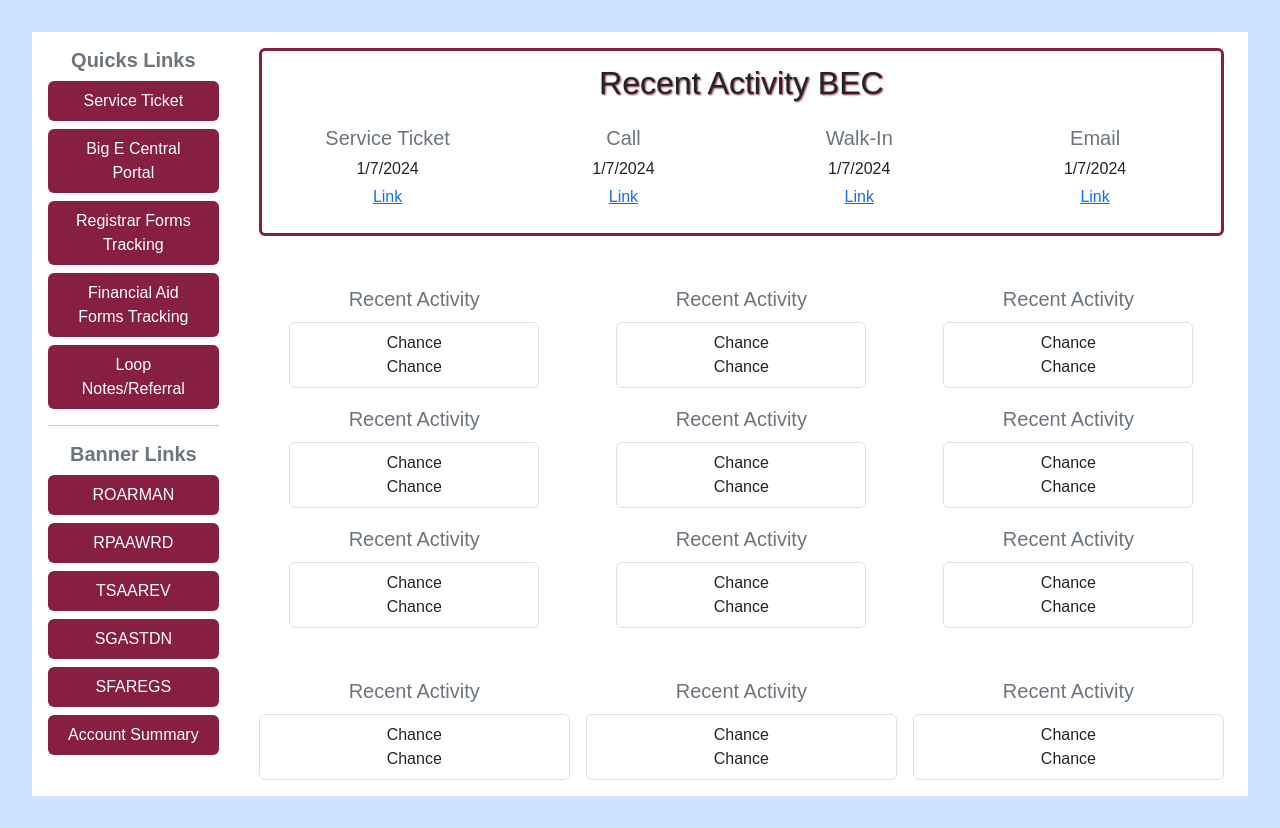
Repository: chancellor-w-whitaker/bec-tab
Page: /
The author's editor kept a copy of each file at every save. The page is drawn from the files as they stood at one save, then again after the next save.
The browser window is 1280 px wide. The pictures show the whole page.
Some web fonts or font styles are not loaded; a fallback is used. The project was rebuilt for these pictures with package versions that can differ from the ones it lists, and the page was loaded fresh each time. Also part of the build but not shown: vite.config.js.

Above is the page before, as saved 2024-01-07 19:02:55.

### src/main.jsx
// Bootstrap Bundle JS
import "bootstrap/dist/js/bootstrap.bundle.min";
// Bootstrap CSS
import "bootstrap/dist/css/bootstrap.min.css";
import ReactDOM from "react-dom/client";
import React from "react";

import App from "./App.jsx";
import "./index.css";

ReactDOM.createRoot(document.getElementById("root")).render(
  <React.StrictMode>
    <App />
  </React.StrictMode>
);

### src/App.jsx
import { useEffect } from "react";

import "./App.css";

const genericSentences = [
  `It is a long established fact that a reader will be distracted by the readable content of a page when looking at its layout.`,
  `The point of using Lorem Ipsum is that it has a more-or-less normal distribution of letters, as opposed to using 'Content here, content here', making it look like readable English.`,
  `Many desktop publishing packages and web page editors now use Lorem Ipsum as their default model text, and a search for 'lorem ipsum' will uncover many web sites still in their infancy.`,
  `Various versions have evolved over the years, sometimes by accident, sometimes on purpose (injected humour and the like).`,
];

const ekuMaroon = "#861f41";

const SomeBlock = ({
  paragraph = genericSentences.slice(0, 1).map((sen) => sen),
  href = "https://www.eku.edu/",
  title = "Chancellor",
  linkText = "Link",
  date,
}) => {
  return (
    <div className="p-2 d-flex flex-column gap-1 col">
      <div className="fs-5 text-secondary fw-medium">{title}</div>
      <div>{date}</div>
      <a rel="noreferrer" target="_blank" href={href}>
        {linkText}
      </a>
    </div>
  );
};

const useBodyBgVariant = (bgVariant = "body-tertiary") => {
  useEffect(() => {
    document.body.classList.add(`bg-${bgVariant}`);

    return () => {
      document.body.classList.remove(`bg-${bgVariant}`);
    };
  }, [bgVariant]);
};

const Card = ({
  children = (
    <>
      <div>Chance</div>
      <div>Chance</div>
    </>
  ),
  title = "Recent Activity",
  width = 250,
}) => {
  return (
    <>
      <div className="d-flex flex-column gap-2 text-center" style={{ width }}>
        <div className="fs-5 text-secondary fw-medium">{title}</div>
        <div className="p-2 border rounded bg-white">{children}</div>
      </div>
    </>
  );
};

const NavItem = ({ href = "https://www.eku.edu/", ...rest }) => {
  return (
    <li className="nav-item">
      <a
        style={{ backgroundColor: ekuMaroon }}
        className="nav-link active"
        aria-current="page"
        rel="noreferrer"
        target="_blank"
        href={href}
        {...rest}
      ></a>
    </li>
  );
};

const Sidebar = () => {
  return (
    <>
      <div className="sidebar col-md-3 col-lg-2 p-3 bg-white">
        <div className="d-flex flex-column text-center">
          <div className="fs-5 mb-2 lh-sm fw-semibold text-secondary">
            Quicks Links
          </div>
          <ul className="nav nav-pills flex-column gap-2">
            <NavItem>Service Ticket</NavItem>
            <NavItem>Big E Central Portal</NavItem>
            <NavItem>Registrar Forms Tracking</NavItem>
            <NavItem>Financial Aid Forms Tracking</NavItem>
            <NavItem>Loop Notes/Referral</NavItem>
          </ul>
        </div>
        <hr></hr>
        <div className="d-flex flex-column text-center">
          <div className="fs-5 mb-2 lh-sm fw-semibold text-secondary">
            Banner Links
          </div>
          <ul className="nav nav-pills flex-column gap-2">
            <NavItem>ROARMAN</NavItem>
            <NavItem>RPAAWRD</NavItem>
            <NavItem>TSAAREV</NavItem>
            <NavItem>SGASTDN</NavItem>
            <NavItem>SFAREGS</NavItem>
            <NavItem>Account Summary</NavItem>
          </ul>
        </div>
      </div>
    </>
  );
};

const Main = () => {
  return (
    <>
      <div className="col-md-9 ms-sm-auto col-lg-10 px-md-4 py-3 bg-white">
        <div className="d-flex flex-column gap-5">
          {/* <div className="text-bg-light p-2"></div> */}
          {/* <Card width={"auto"}></Card> */}
          <div
            className="rounded text-center p-3 d-flex flex-column gap-3"
            style={{ border: `3px solid ${ekuMaroon}` }}
          >
            <div
              style={{ textShadow: `1px 1px 2px ${ekuMaroon}` }}
              className="fs-2 lh-1 text-dark-subtle"
            >
              Recent Activity BEC
            </div>
            <div className="d-flex gap-3 flex-wrap text-nowrap">
              <SomeBlock title={"Service Ticket"} date={"1/7/2024"}></SomeBlock>
              <SomeBlock date={"1/7/2024"} title={"Call"}></SomeBlock>
              <SomeBlock date={"1/7/2024"} title={"Walk-In"}></SomeBlock>
              <SomeBlock date={"1/7/2024"} title={"Email"}></SomeBlock>
            </div>
          </div>
          <div className="d-flex flex-row flex-wrap justify-content-around gap-3">
            <Card></Card>
            <Card></Card>
            <Card></Card>
            <Card></Card>
            <Card></Card>
            <Card></Card>
            <Card></Card>
            <Card></Card>
            <Card></Card>
          </div>
          <div className="d-flex flex-row gap-3">
            <Card width="100%"></Card>
            <Card width="100%"></Card>
            <Card width="100%"></Card>
          </div>
        </div>
      </div>
    </>
  );
};

const App = () => {
  useBodyBgVariant("primary-subtle");

  return (
    <div className="container-fluid">
      <div className="row">
        <Sidebar></Sidebar>
        <Main></Main>
      </div>
    </div>
  );
};

export default App;

### src/index.css
@font-face {
  font-family: poppins;
  font-style: normal;
  font-weight: 400;
  src: local("Poppins"),
    url(https://fonts.cdnfonts.com/s/16009/Poppins-Regular.woff) format("woff");
}
@font-face {
  font-family: poppins;
  font-style: normal;
  font-weight: 400;
  src: local("Poppins"),
    url(https://fonts.cdnfonts.com/s/16009/Poppins-Regular.woff) format("woff");
}
@font-face {
  font-family: poppins;
  font-style: italic;
  font-weight: 400;
  src: local("Poppins"),
    url(https://fonts.cdnfonts.com/s/16009/Poppins-Italic.woff) format("woff");
}
@font-face {
  font-family: poppins;
  font-style: italic;
  font-weight: 400;
  src: local("Poppins"),
    url(https://fonts.cdnfonts.com/s/16009/Poppins-Italic.woff) format("woff");
}
@font-face {
  font-family: poppins;
  font-style: normal;
  font-weight: 250;
  src: local("Poppins"),
    url(https://fonts.cdnfonts.com/s/16009/Poppins-Thin.woff) format("woff");
}
@font-face {
  font-family: poppins;
  font-style: normal;
  font-weight: 250;
  src: local("Poppins"),
    url(https://fonts.cdnfonts.com/s/16009/Poppins-Thin.woff) format("woff");
}
@font-face {
  font-family: poppins;
  font-style: italic;
  font-weight: 250;
  src: local("Poppins"),
    url(https://fonts.cdnfonts.com/s/16009/Poppins-ThinItalic.woff)
      format("woff");
}
@font-face {
  font-family: poppins;
  font-style: italic;
  font-weight: 250;
  src: local("Poppins"),
    url(https://fonts.cdnfonts.com/s/16009/Poppins-ThinItalic.woff)
      format("woff");
}
@font-face {
  font-family: poppins;
  font-style: normal;
  font-weight: 275;
  src: local("Poppins"),
    url(https://fonts.cdnfonts.com/s/16009/Poppins-ExtraLight.woff)
      format("woff");
}
@font-face {
  font-family: poppins;
  font-style: normal;
  font-weight: 275;
  src: local("Poppins"),
    url(https://fonts.cdnfonts.com/s/16009/Poppins-ExtraLight.woff)
      format("woff");
}
@font-face {
  font-family: poppins;
  font-style: italic;
  font-weight: 275;
  src: local("Poppins"),
    url(https://fonts.cdnfonts.com/s/16009/Poppins-ExtraLightItalic.woff)
      format("woff");
}
@font-face {
  font-family: poppins;
  font-style: italic;
  font-weight: 275;
  src: local("Poppins"),
    url(https://fonts.cdnfonts.com/s/16009/Poppins-ExtraLightItalic.woff)
      format("woff");
}
@font-face {
  font-family: poppins;
  font-style: normal;
  font-weight: 300;
  src: local("Poppins"),
    url(https://fonts.cdnfonts.com/s/16009/Poppins-Light.woff) format("woff");
}
@font-face {
  font-family: poppins;
  font-style: normal;
  font-weight: 300;
  src: local("Poppins"),
    url(https://fonts.cdnfonts.com/s/16009/Poppins-Light.woff) format("woff");
}
@font-face {
  font-family: poppins;
  font-style: italic;
  font-weight: 300;
  src: local("Poppins"),
    url(https://fonts.cdnfonts.com/s/16009/Poppins-LightItalic.woff)
      format("woff");
}
@font-face {
  font-family: poppins;
  font-style: italic;
  font-weight: 300;
  src: local("Poppins"),
    url(https://fonts.cdnfonts.com/s/16009/Poppins-LightItalic.woff)
      format("woff");
}
@font-face {
  font-family: poppins;
  font-style: normal;
  font-weight: 500;
  src: local("Poppins"),
    url(https://fonts.cdnfonts.com/s/16009/Poppins-Medium.woff) format("woff");
}
@font-face {
  font-family: poppins;
  font-style: normal;
  font-weight: 500;
  src: local("Poppins"),
    url(https://fonts.cdnfonts.com/s/16009/Poppins-Medium.woff) format("woff");
}
@font-face {
  font-family: poppins;
  font-style: italic;
  font-weight: 500;
  src: local("Poppins"),
    url(https://fonts.cdnfonts.com/s/16009/Poppins-MediumItalic.woff)
      format("woff");
}
@font-face {
  font-family: poppins;
  font-style: italic;
  font-weight: 500;
  src: local("Poppins"),
    url(https://fonts.cdnfonts.com/s/16009/Poppins-MediumItalic.woff)
      format("woff");
}
@font-face {
  font-family: poppins;
  font-style: normal;
  font-weight: 600;
  src: local("Poppins"),
    url(https://fonts.cdnfonts.com/s/16009/Poppins-SemiBold.woff) format("woff");
}
@font-face {
  font-family: poppins;
  font-style: normal;
  font-weight: 600;
  src: local("Poppins"),
    url(https://fonts.cdnfonts.com/s/16009/Poppins-SemiBold.woff) format("woff");
}
@font-face {
  font-family: poppins;
  font-style: italic;
  font-weight: 600;
  src: local("Poppins"),
    url(https://fonts.cdnfonts.com/s/16009/Poppins-SemiBoldItalic.woff)
      format("woff");
}
@font-face {
  font-family: poppins;
  font-style: italic;
  font-weight: 600;
  src: local("Poppins"),
    url(https://fonts.cdnfonts.com/s/16009/Poppins-SemiBoldItalic.woff)
      format("woff");
}
@font-face {
  font-family: poppins;
  font-style: normal;
  font-weight: 700;
  src: local("Poppins"),
    url(https://fonts.cdnfonts.com/s/16009/Poppins-Bold.woff) format("woff");
}
@font-face {
  font-family: poppins;
  font-style: normal;
  font-weight: 700;
  src: local("Poppins"),
    url(https://fonts.cdnfonts.com/s/16009/Poppins-Bold.woff) format("woff");
}
@font-face {
  font-family: poppins;
  font-style: italic;
  font-weight: 700;
  src: local("Poppins"),
    url(https://fonts.cdnfonts.com/s/16009/Poppins-BoldItalic.woff)
      format("woff");
}
@font-face {
  font-family: poppins;
  font-style: italic;
  font-weight: 700;
  src: local("Poppins"),
    url(https://fonts.cdnfonts.com/s/16009/Poppins-BoldItalic.woff)
      format("woff");
}
@font-face {
  font-family: poppins;
  font-style: normal;
  font-weight: 800;
  src: local("Poppins"),
    url(https://fonts.cdnfonts.com/s/16009/Poppins-ExtraBold.woff)
      format("woff");
}
@font-face {
  font-family: poppins;
  font-style: normal;
  font-weight: 800;
  src: local("Poppins"),
    url(https://fonts.cdnfonts.com/s/16009/Poppins-ExtraBold.woff)
      format("woff");
}
@font-face {
  font-family: poppins;
  font-style: italic;
  font-weight: 800;
  src: local("Poppins"),
    url(https://fonts.cdnfonts.com/s/16009/Poppins-ExtraBoldItalic.woff)
      format("woff");
}
@font-face {
  font-family: poppins;
  font-style: italic;
  font-weight: 800;
  src: local("Poppins"),
    url(https://fonts.cdnfonts.com/s/16009/Poppins-ExtraBoldItalic.woff)
      format("woff");
}
@font-face {
  font-family: poppins;
  font-style: normal;
  font-weight: 900;
  src: local("Poppins"),
    url(https://fonts.cdnfonts.com/s/16009/Poppins-Black.woff) format("woff");
}
@font-face {
  font-family: poppins;
  font-style: normal;
  font-weight: 900;
  src: local("Poppins"),
    url(https://fonts.cdnfonts.com/s/16009/Poppins-Black.woff) format("woff");
}
@font-face {
  font-family: poppins;
  font-style: italic;
  font-weight: 900;
  src: local("Poppins"),
    url(https://fonts.cdnfonts.com/s/16009/Poppins-BlackItalic.woff)
      format("woff");
}
@font-face {
  font-family: poppins;
  font-style: italic;
  font-weight: 900;
  src: local("Poppins"),
    url(https://fonts.cdnfonts.com/s/16009/Poppins-BlackItalic.woff)
      format("woff");
}

:root,
[data-bs-theme="light"] {
  --bs-font-sans-serif: "Poppins", sans-serif;

  --bs-box-shadow: 0px 3px 3px -2px rgba(0, 0, 0, 0.2),
    0px 3px 4px 0px rgba(0, 0, 0, 0.14), 0px 1px 8px 0px rgba(0, 0, 0, 0.12);
  --bs-box-shadow-sm: 0px 3px 1px -2px rgba(0, 0, 0, 0.2),
    0px 2px 2px 0px rgba(0, 0, 0, 0.14), 0px 1px 5px 0px rgba(0, 0, 0, 0.12);
  --bs-box-shadow-lg: 0px 2px 4px -1px rgba(0, 0, 0, 0.2),
    0px 4px 5px 0px rgba(0, 0, 0, 0.14), 0px 1px 10px 0px rgba(0, 0, 0, 0.12);
}

Loaded but not shown: index.html (common file); src/App.css (common file)

After the next save:
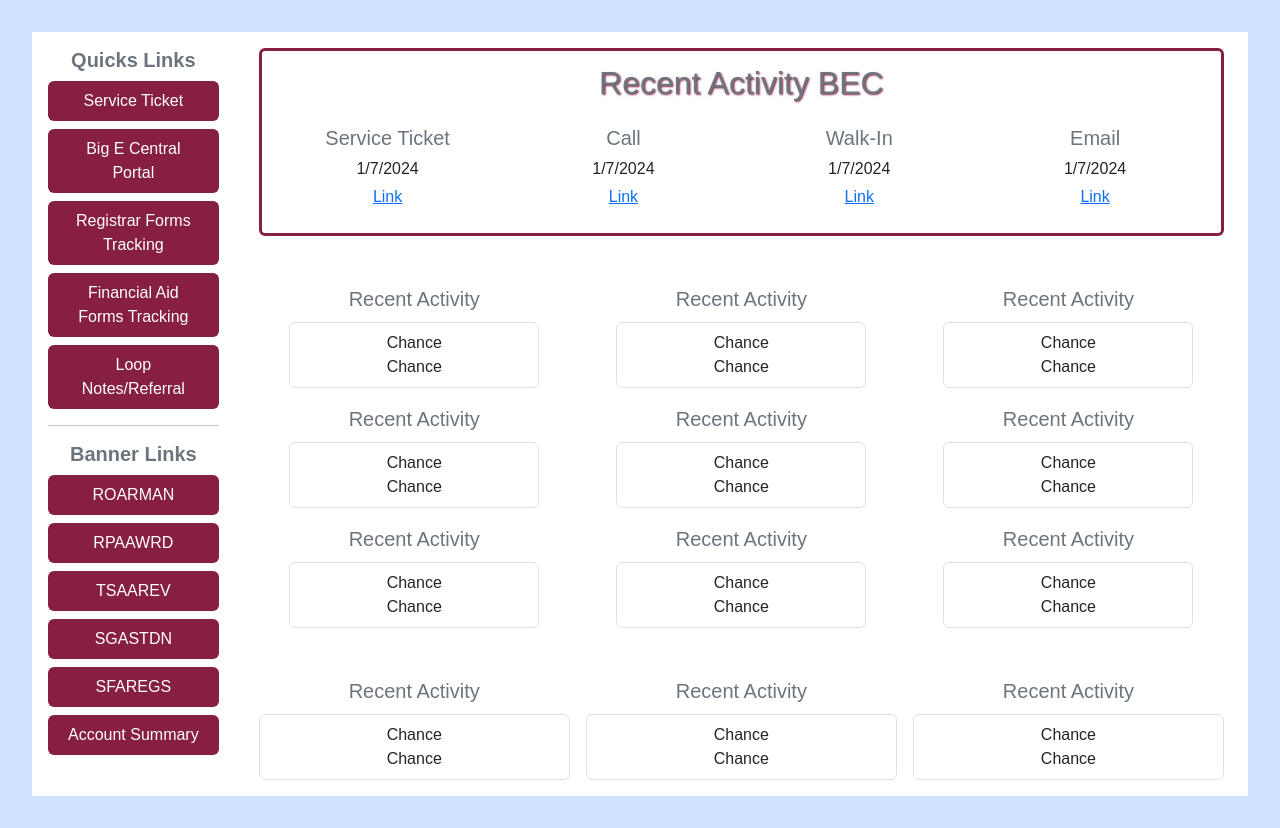
Saved 10 s later.
--- a/src/App.jsx
+++ b/src/App.jsx
@@ -123,7 +123,7 @@
           >
             <div
               style={{ textShadow: `1px 1px 2px ${ekuMaroon}` }}
-              className="fs-2 lh-1 text-dark-subtle"
+              className="fs-2 lh-1 text-secondary"
             >
               Recent Activity BEC
             </div>

After the save that followed:
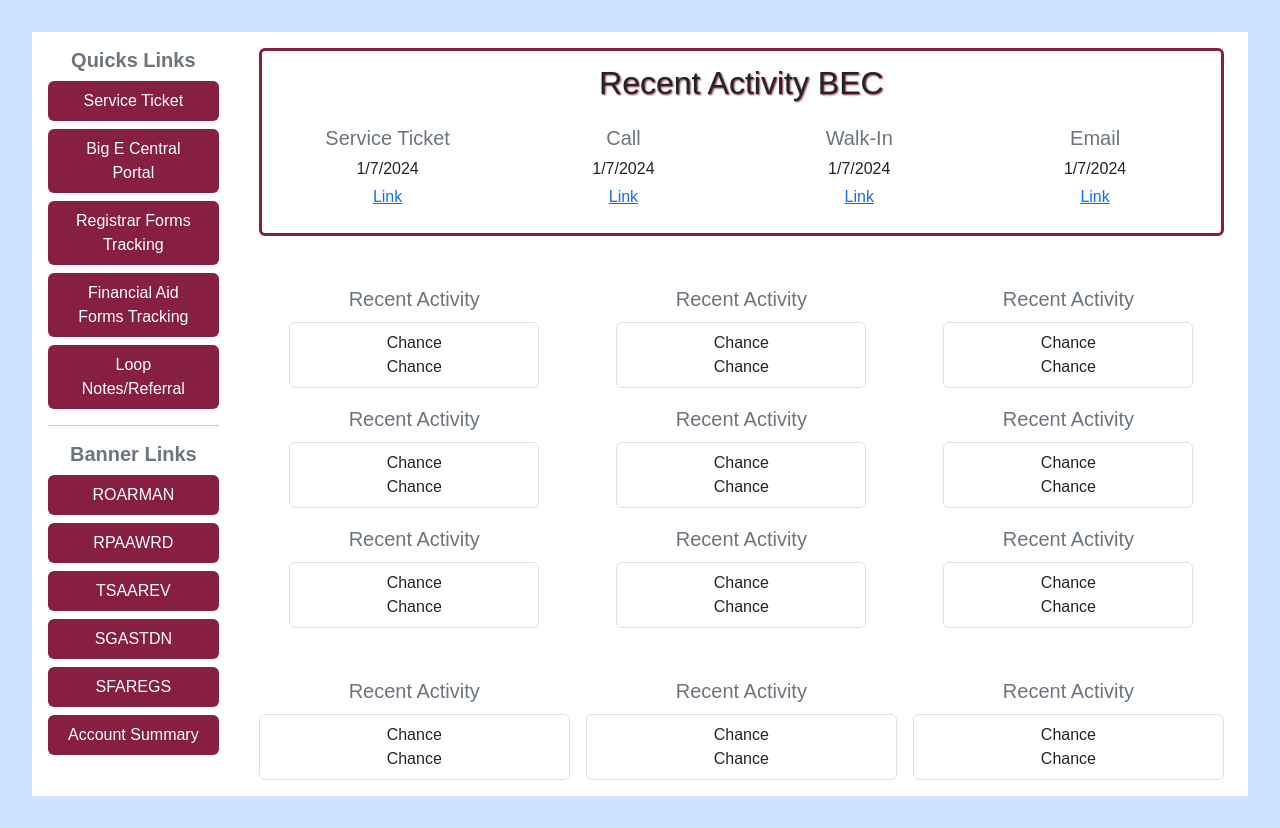
Saved 9 s later.
--- a/src/App.jsx
+++ b/src/App.jsx
@@ -123,7 +123,7 @@
           >
             <div
               style={{ textShadow: `1px 1px 2px ${ekuMaroon}` }}
-              className="fs-2 lh-1 text-secondary"
+              className="fs-2 lh-1"
             >
               Recent Activity BEC
             </div>
